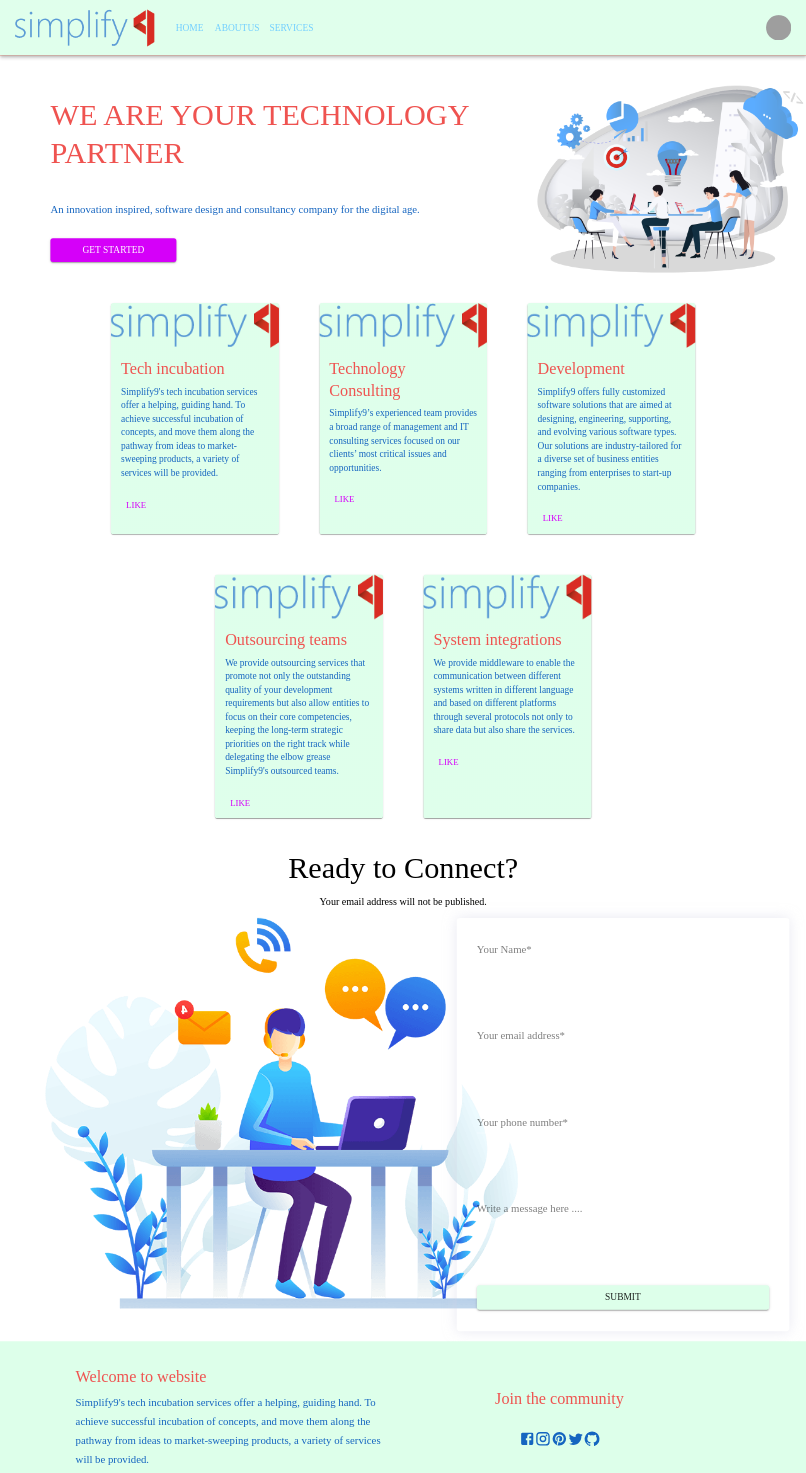
Repository: fawzi-shiyyab19/simplify
Page: /
An editor plug-in stored every save of this project. The page is shown before and after the next save, followed by the edit.
The browser window is 1280 px wide. The pictures show the whole page, at 63% of full size.
Pictures or frames that could not be fetched are drawn as grey boxes. The project was rebuilt for these pictures with package versions that can differ from the ones it lists, and the page was loaded fresh each time.

Above is the page before, as saved 2023-01-18 15:29:46.

After the next save:
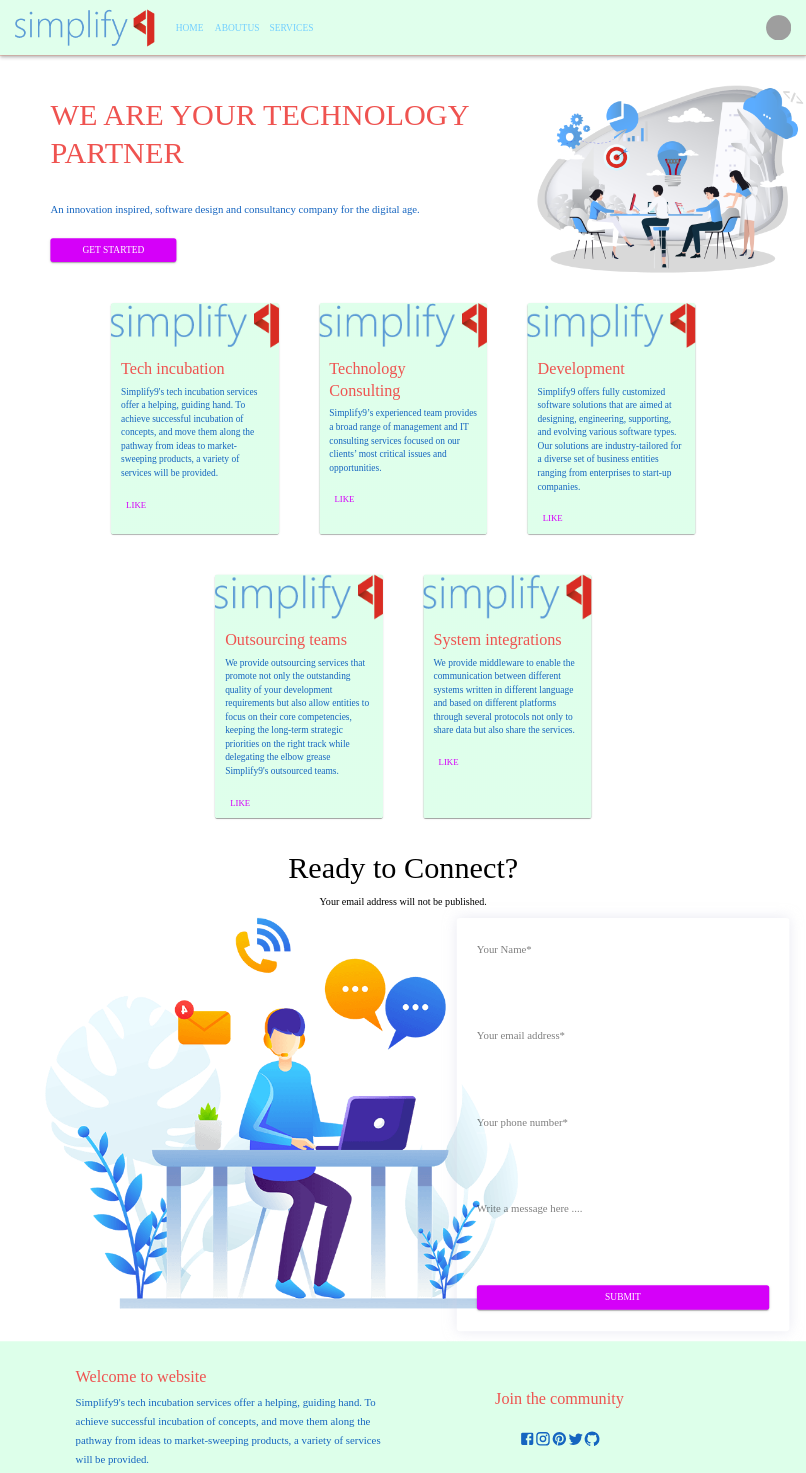
Saved 15 s later.
--- a/src/components/main/about/about.js
+++ b/src/components/main/about/about.js
@@ -120,7 +120,7 @@ function AboutProject() {
               />
               <Typography>{formik.errors.writeMessage}</Typography>
 
-              <Button  onClick={formik.handleSubmit} variant="contained">
+              <Button color="secondary" onClick={formik.handleSubmit} variant="contained">
                 Submit
               </Button>
         </Box>
